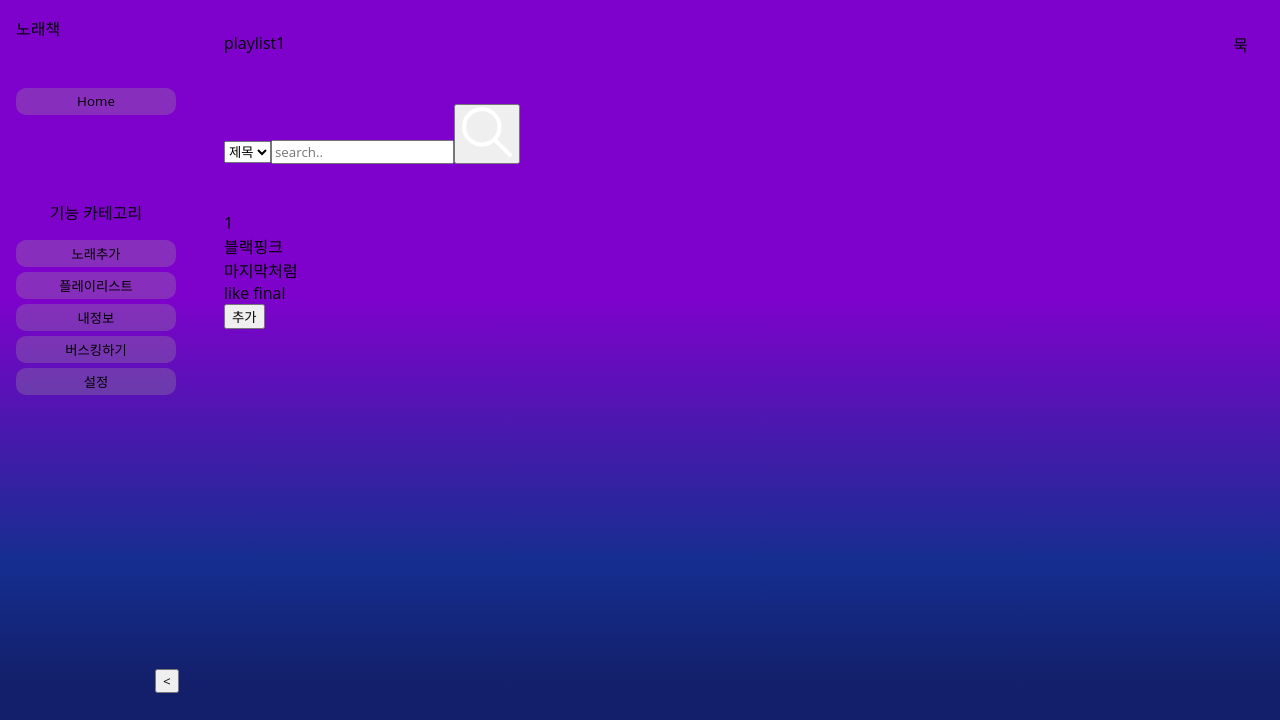
Repository: Unique0902/busking
Page: /app/add
An editor plug-in stored every save of this project. The page is shown before and after the next save, followed by the edit.
The browser window is 1280 px wide. The pictures show the whole page.
The page's requests for data from a server got no answer. The project was rebuilt for these pictures with package versions that can differ from the ones it lists, and the page was loaded fresh each time. No one was signed in, and anything a server would have sent is missing. Also part of the build but not shown: src/routes/login/login.module.css, src/components/login_header/login_nav.module.css, src/components/login_header/login_nav.jsx, src/components/app_description/app_description.module.css, src/components/app_description/app_description.jsx, src/routes/login/login.jsx, src/routes/app/app_home/app_home.module.css, src/routes/app/app_home/app_home.jsx and 8 more.

Above is the page before, as saved 2022-08-30 14:14:31.

After the next save:
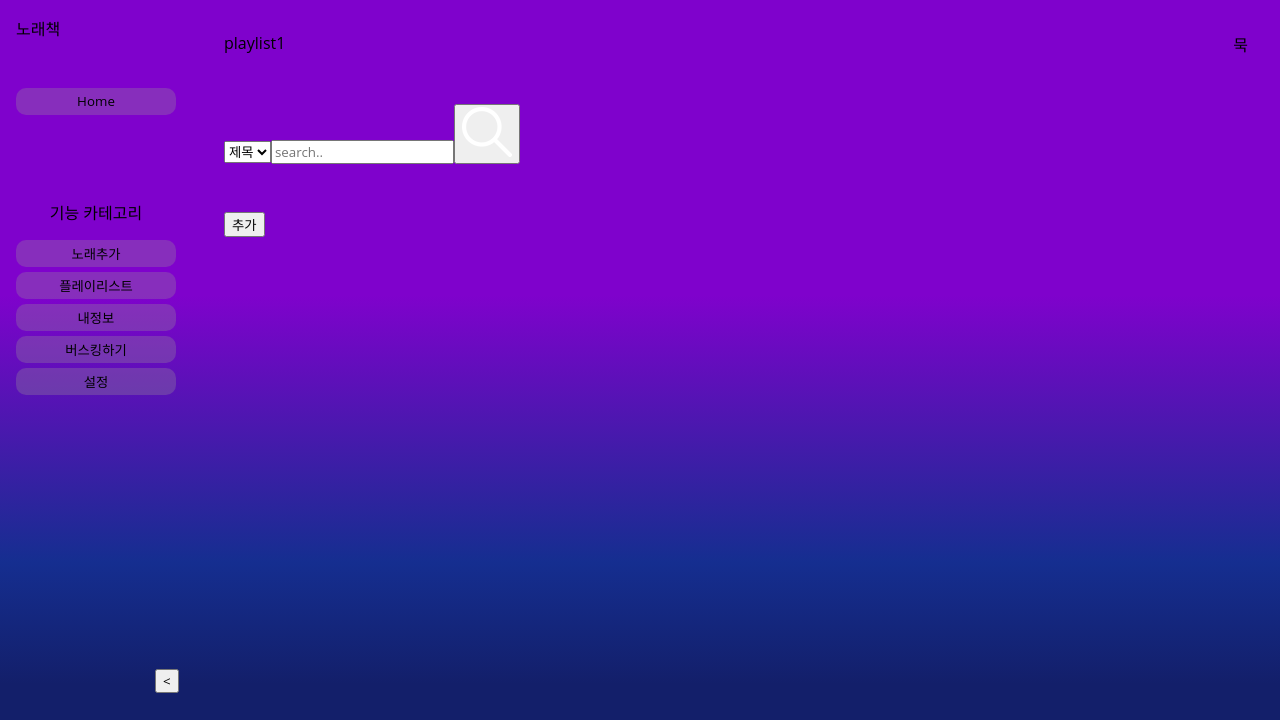
Saved 23 s later.
--- a/src/routes/app/app_add/app_add.jsx
+++ b/src/routes/app/app_add/app_add.jsx
@@ -51,10 +51,6 @@ const App_add = ({ lastfm }) => {
               />
             ))}
           <li>
-            <p className={styles.index}>1</p>
-            <p className={styles.singer}>블랙핑크</p>
-            <p className={styles.title}>마지막처럼</p>
-            <p className={styles.album}>like final</p>
             <button
               onClick={() => {
                 lastfm
